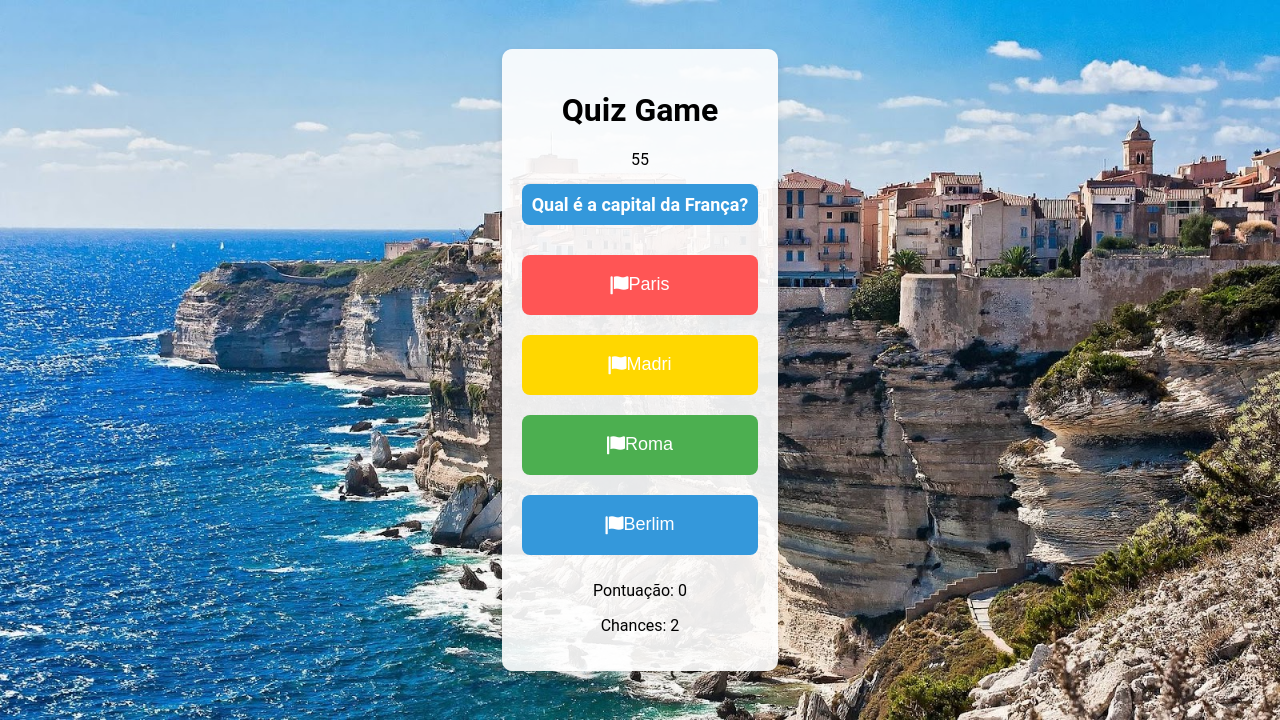
Repository: Matheus904-12/Quizz
Page: index.html
These files come from the project's save history. The page is drawn as it stood at one moment and after the next save; the edit follows.
The browser window is 1280 px wide. The pictures show the whole page.

Above is the page before, as saved 2023-08-21 19:40:02.

After the next save:
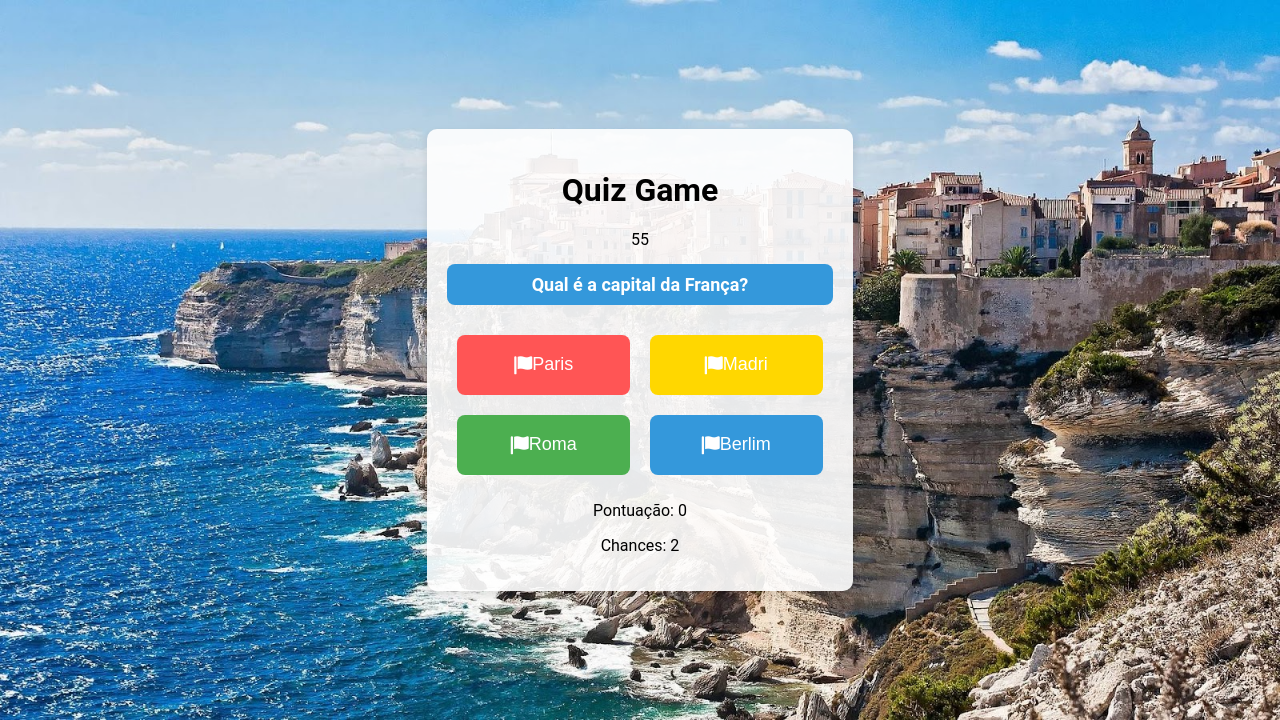
Saved 2 min 9 s later.
--- a/style.css
+++ b/style.css
@@ -12,7 +12,7 @@
 }
 
 .quiz-container {
-    max-width: 400px; /* Reduzindo a largura da caixa de pergunta */
+    max-width: 600px; /* Aumentando a largura da caixa de pergunta */
     padding: 20px;
     background-color: rgba(255, 255, 255, 0.9);
     border-radius: 10px;
@@ -31,21 +31,23 @@
 
 .options-container {
     display: flex; /* Display flex para alinhar os botões lado a lado */
-    flex-direction: column;
-    align-items: center;
+    flex-direction: row; /* Alterando para linha para ficarem na horizontal */
+    justify-content: center; /* Centralizando os botões horizontalmente */
+    flex-wrap: wrap; /* Para os botões quebrarem para a próxima linha quando não houver espaço suficiente */
 }
 
 .option {
     display: flex;
     align-items: center;
     justify-content: center;
-    width: 100%;
+    width: calc(50% - 20px); /* Dividindo o espaço em 2 para ficarem lado a lado */
     height: 60px;
-    margin: 10px 0;
+    margin: 10px;
     cursor: pointer;
     border-radius: 8px;
     transition: background-color 0.3s, transform 0.2s;
     font-size: 18px;
     color: #fff;
+    background-color: #3498DB;
     border: none;
 }

After the save that followed:
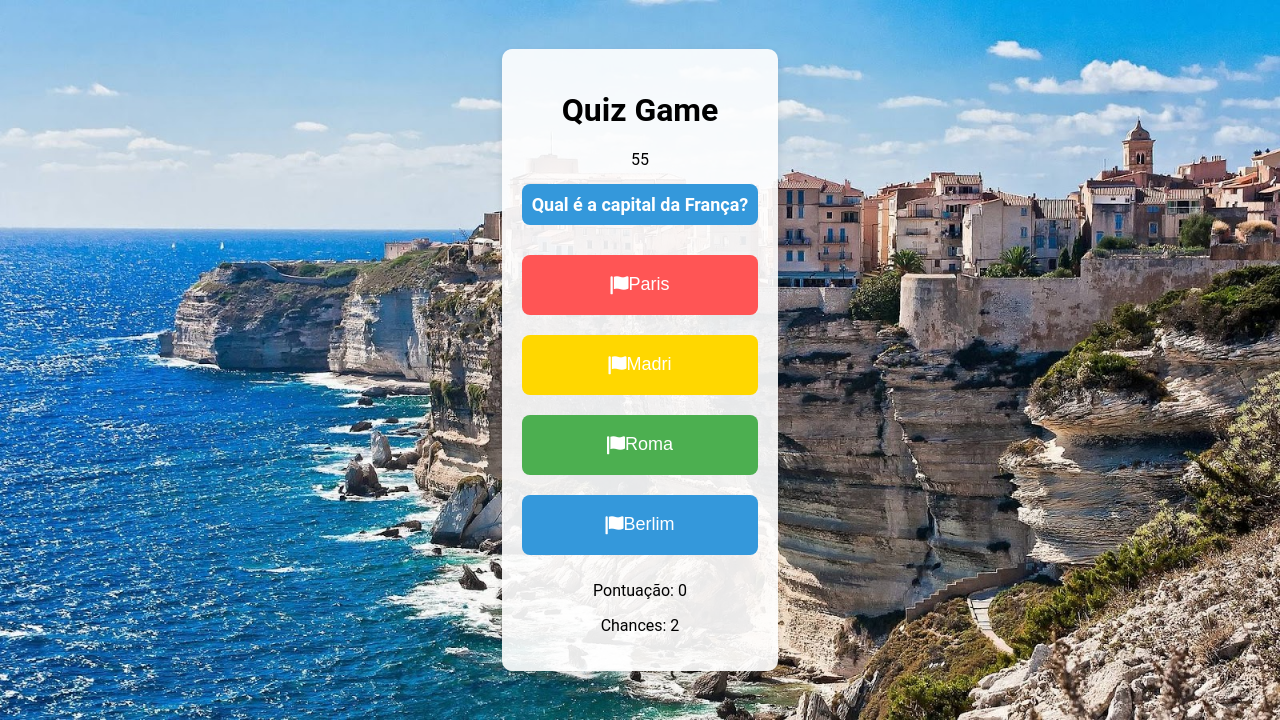
Saved 106 s later.
--- a/style.css
+++ b/style.css
@@ -12,7 +12,7 @@
 }
 
 .quiz-container {
-    max-width: 600px; /* Aumentando a largura da caixa de pergunta */
+    max-width: 600px;
     padding: 20px;
     background-color: rgba(255, 255, 255, 0.9);
     border-radius: 10px;
@@ -30,19 +30,18 @@
 }
 
 .options-container {
-    display: flex; /* Display flex para alinhar os botões lado a lado */
-    flex-direction: row; /* Alterando para linha para ficarem na horizontal */
-    justify-content: center; /* Centralizando os botões horizontalmente */
-    flex-wrap: wrap; /* Para os botões quebrarem para a próxima linha quando não houver espaço suficiente */
+    display: flex;
+    flex-direction: column; /* Alterando para coluna para os botões ficarem um abaixo do outro */
+    align-items: center; /* Centralizando os botões verticalmente */
 }
 
 .option {
     display: flex;
     align-items: center;
     justify-content: center;
-    width: calc(50% - 20px); /* Dividindo o espaço em 2 para ficarem lado a lado */
+    width: 100%; /* Definindo a largura total da caixa */
     height: 60px;
-    margin: 10px;
+    margin: 10px 0; /* Adicionando margem superior e inferior para separar os botões */
     cursor: pointer;
     border-radius: 8px;
     transition: background-color 0.3s, transform 0.2s;
